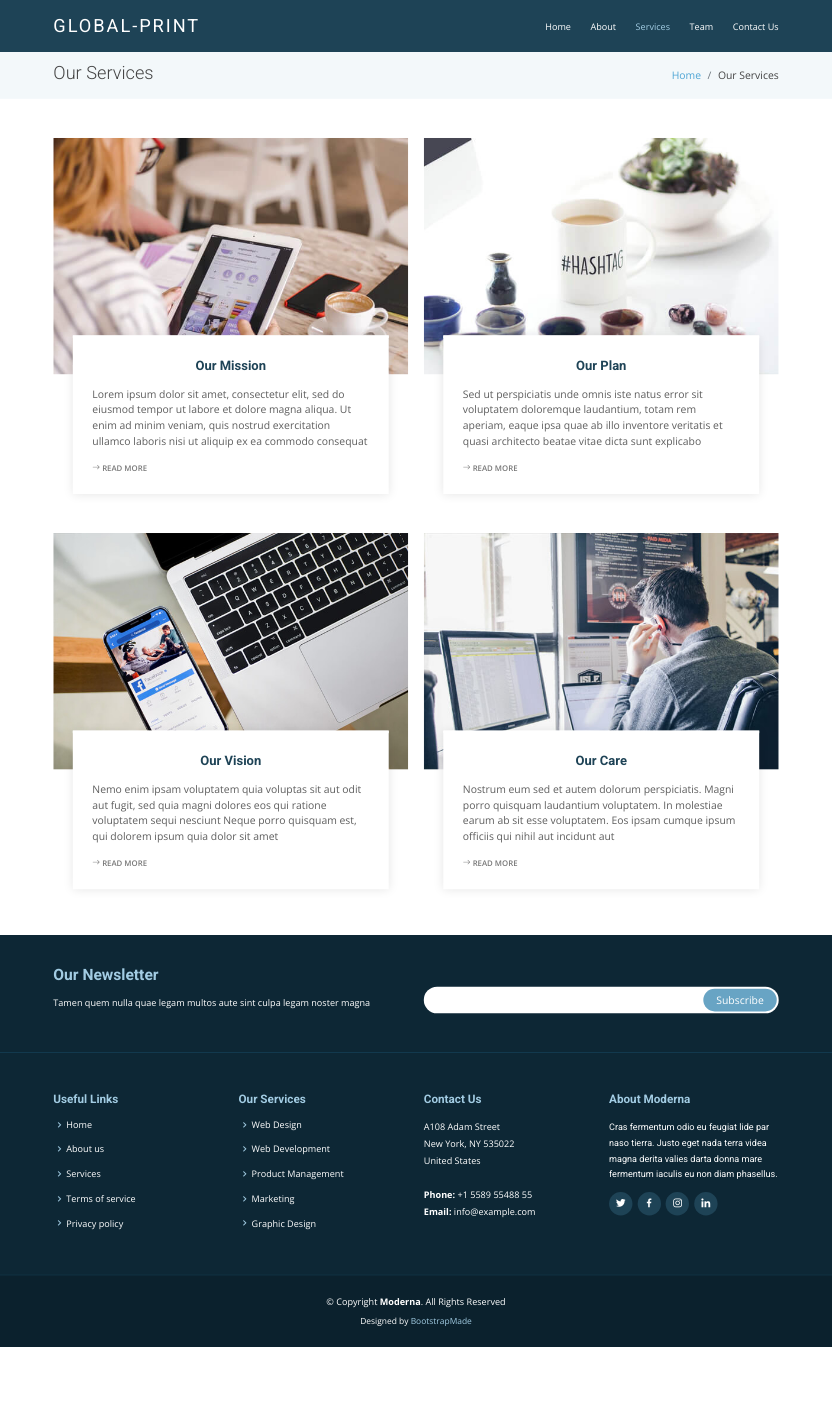
Repository: VachArt/Global-print
Page: services.html
The author's editor kept a copy of each file at every save. The page is drawn from the files as they stood at one save, then again after the next save.
The browser window is 1280 px wide. The pictures show the whole page, at 65% of full size.

Above is the page before, as saved 2022-06-09 12:49:50.

### services.html
<!DOCTYPE html>
<html lang="en">

<head>
  <meta charset="utf-8">
  <meta content="width=device-width, initial-scale=1.0" name="viewport">

  <title>GlobalPrint</title>
  <meta content="" name="description">
  <meta content="" name="keywords">


  <!-- Google Fonts -->
  <link href="https://fonts.googleapis.com/css?family=Open+Sans:300,300i,400,400i,600,600i,700,700i|Roboto:300,300i,400,400i,500,500i,700,700i&display=swap" rel="stylesheet">

  <!-- Vendor CSS Files -->
  <link href="assets/vendor/animate.css/animate.min.css" rel="stylesheet">
  <link href="assets/vendor/aos/aos.css" rel="stylesheet">
  <link href="assets/vendor/bootstrap/css/bootstrap.min.css" rel="stylesheet">
  <link href="assets/vendor/bootstrap-icons/bootstrap-icons.css" rel="stylesheet">
  <link href="assets/vendor/boxicons/css/boxicons.min.css" rel="stylesheet">
  <link href="assets/vendor/glightbox/css/glightbox.min.css" rel="stylesheet">
  <link href="assets/vendor/swiper/swiper-bundle.min.css" rel="stylesheet">

  <!-- Template Main CSS File -->
  <link href="assets/css/style.css" rel="stylesheet">

</head>

<body>

  <!-- ======= Header ======= -->
  <header id="header" class="fixed-top d-flex align-items-center ">
    <div class="container d-flex justify-content-between align-items-center">

      <div class="logo">
        <h1 class="text-light"><a href="index.html"><span>Global-Print</span></a></h1>
        <!-- Uncomment below if you prefer to use an image logo -->
        <!-- <a href="index.html"><img src="assets/img/logo.png" alt="" class="img-fluid"></a>-->
      </div>

      <nav id="navbar" class="navbar">
        <ul>
          <li><a class="" href="index.html">Home</a></li>
          <li><a href="about.html">About</a></li>
          <li><a class="active" href="services.html">Services</a></li>
          <li><a href="team.html">Team</a></li>
          <li><a href="contact.html">Contact Us</a></li>
        </ul>
        <i class="bi bi-list mobile-nav-toggle"></i>
      </nav><!-- .navbar -->

    </div>
  </header><!-- End Header -->

  <main id="main">

    <!-- ======= Our Services Section ======= -->
    <section class="breadcrumbs">
      <div class="container">

        <div class="d-flex justify-content-between align-items-center">
          <h2>Our Services</h2>
          <ol>
            <li><a href="index.html">Home</a></li>
            <li>Our Services</li>
          </ol>
        </div>

      </div>
    </section><!-- End Our Services Section -->



    <!-- ======= Service Details Section ======= -->
    <section class="service-details">
      <div class="container">

        <div class="row">
          <div class="col-md-6 d-flex align-items-stretch" data-aos="fade-up">
            <div class="card">
              <div class="card-img">
                <img src="assets/img/service-details-1.jpg" alt="...">
              </div>
              <div class="card-body">
                <h5 class="card-title"><a href="#">Our Mission</a></h5>
                <p class="card-text">Lorem ipsum dolor sit amet, consectetur elit, sed do eiusmod tempor ut labore et dolore magna aliqua. Ut enim ad minim veniam, quis nostrud exercitation ullamco laboris nisi ut aliquip ex ea commodo consequat</p>
                <div class="read-more"><a href="#"><i class="bi bi-arrow-right"></i> Read More</a></div>
              </div>
            </div>
          </div>
          <div class="col-md-6 d-flex align-items-stretch" data-aos="fade-up">
            <div class="card">
              <div class="card-img">
                <img src="assets/img/service-details-2.jpg" alt="...">
              </div>
              <div class="card-body">
                <h5 class="card-title"><a href="#">Our Plan</a></h5>
                <p class="card-text">Sed ut perspiciatis unde omnis iste natus error sit voluptatem doloremque laudantium, totam rem aperiam, eaque ipsa quae ab illo inventore veritatis et quasi architecto beatae vitae dicta sunt explicabo</p>
                <div class="read-more"><a href="#"><i class="bi bi-arrow-right"></i> Read More</a></div>
              </div>
            </div>

          </div>
          <div class="col-md-6 d-flex align-items-stretch" data-aos="fade-up">
            <div class="card">
              <div class="card-img">
                <img src="assets/img/service-details-3.jpg" alt="...">
              </div>
              <div class="card-body">
                <h5 class="card-title"><a href="#">Our Vision</a></h5>
                <p class="card-text">Nemo enim ipsam voluptatem quia voluptas sit aut odit aut fugit, sed quia magni dolores eos qui ratione voluptatem sequi nesciunt Neque porro quisquam est, qui dolorem ipsum quia dolor sit amet</p>
                <div class="read-more"><a href="#"><i class="bi bi-arrow-right"></i> Read More</a></div>
              </div>
            </div>
          </div>
          <div class="col-md-6 d-flex align-items-stretch" data-aos="fade-up">
            <div class="card">
              <div class="card-img">
                <img src="assets/img/service-details-4.jpg" alt="...">
              </div>
              <div class="card-body">
                <h5 class="card-title"><a href="#">Our Care</a></h5>
                <p class="card-text">Nostrum eum sed et autem dolorum perspiciatis. Magni porro quisquam laudantium voluptatem. In molestiae earum ab sit esse voluptatem. Eos ipsam cumque ipsum officiis qui nihil aut incidunt aut</p>
                <div class="read-more"><a href="#"><i class="bi bi-arrow-right"></i> Read More</a></div>
              </div>
            </div>
          </div>
        </div>

      </div>
    </section><!-- End Service Details Section -->


  </main><!-- End #main -->

  <!-- ======= Footer ======= -->
  <footer id="footer" data-aos="fade-up" data-aos-easing="ease-in-out" data-aos-duration="500">

    <div class="footer-newsletter">
      <div class="container">
        <div class="row">
          <div class="col-lg-6">
            <h4>Our Newsletter</h4>
            <p>Tamen quem nulla quae legam multos aute sint culpa legam noster magna</p>
          </div>
          <div class="col-lg-6">
            <form action="" method="post">
              <input type="email" name="email"><input type="submit" value="Subscribe">
            </form>
          </div>
        </div>
      </div>
    </div>

    <div class="footer-top">
      <div class="container">
        <div class="row">

          <div class="col-lg-3 col-md-6 footer-links">
            <h4>Useful Links</h4>
            <ul>
              <li><i class="bx bx-chevron-right"></i> <a href="#">Home</a></li>
              <li><i class="bx bx-chevron-right"></i> <a href="#">About us</a></li>
              <li><i class="bx bx-chevron-right"></i> <a href="#">Services</a></li>
              <li><i class="bx bx-chevron-right"></i> <a href="#">Terms of service</a></li>
              <li><i class="bx bx-chevron-right"></i> <a href="#">Privacy policy</a></li>
            </ul>
          </div>

          <div class="col-lg-3 col-md-6 footer-links">
            <h4>Our Services</h4>
            <ul>
              <li><i class="bx bx-chevron-right"></i> <a href="#">Web Design</a></li>
              <li><i class="bx bx-chevron-right"></i> <a href="#">Web Development</a></li>
              <li><i class="bx bx-chevron-right"></i> <a href="#">Product Management</a></li>
              <li><i class="bx bx-chevron-right"></i> <a href="#">Marketing</a></li>
              <li><i class="bx bx-chevron-right"></i> <a href="#">Graphic Design</a></li>
            </ul>
          </div>

          <div class="col-lg-3 col-md-6 footer-contact">
            <h4>Contact Us</h4>
            <p>
              A108 Adam Street <br>
              New York, NY 535022<br>
              United States <br><br>
              <strong>Phone:</strong> +1 5589 55488 55<br>
              <strong>Email:</strong> info@example.com<br>
            </p>

          </div>

          <div class="col-lg-3 col-md-6 footer-info">
            <h3>About Moderna</h3>
            <p>Cras fermentum odio eu feugiat lide par naso tierra. Justo eget nada terra videa magna derita valies darta donna mare fermentum iaculis eu non diam phasellus.</p>
            <div class="social-links mt-3">
              <a href="#" class="twitter"><i class="bx bxl-twitter"></i></a>
              <a href="#" class="facebook"><i class="bx bxl-facebook"></i></a>
              <a href="#" class="instagram"><i class="bx bxl-instagram"></i></a>
              <a href="#" class="linkedin"><i class="bx bxl-linkedin"></i></a>
            </div>
          </div>

        </div>
      </div>
    </div>

    <div class="container">
      <div class="copyright">
        &copy; Copyright <strong><span>Moderna</span></strong>. All Rights Reserved
      </div>
      <div class="credits">
        <!-- All the links in the footer should remain intact. -->
        <!-- You can delete the links only if you purchased the pro version. -->
        <!-- Licensing information: https://bootstrapmade.com/license/ -->
        <!-- Purchase the pro version with working PHP/AJAX contact form: https://bootstrapmade.com/free-bootstrap-template-corporate-moderna/ -->
        Designed by <a href="https://bootstrapmade.com/">BootstrapMade</a>
      </div>
    </div>
  </footer><!-- End Footer -->

  <a href="#" class="back-to-top d-flex align-items-center justify-content-center"><i class="bi bi-arrow-up-short"></i></a>

  <!-- Vendor JS Files -->
  <script src="assets/vendor/purecounter/purecounter.js"></script>
  <script src="assets/vendor/aos/aos.js"></script>
  <script src="assets/vendor/bootstrap/js/bootstrap.bundle.min.js"></script>
  <script src="assets/vendor/glightbox/js/glightbox.min.js"></script>
  <script src="assets/vendor/isotope-layout/isotope.pkgd.min.js"></script>
  <script src="assets/vendor/swiper/swiper-bundle.min.js"></script>
  <script src="assets/vendor/waypoints/noframework.waypoints.js"></script>
  <script src="assets/vendor/php-email-form/validate.js"></script>

  <!-- Template Main JS File -->
  <script src="assets/js/main.js"></script>

</body>

</html>

Loaded but not shown: assets/vendor/animate.css/animate.min.css (library); assets/vendor/aos/aos.css (library); assets/vendor/bootstrap/css/bootstrap.min.css (library); assets/vendor/bootstrap-icons/bootstrap-icons.css (library); assets/vendor/boxicons/css/boxicons.min.css (library); assets/vendor/glightbox/css/glightbox.min.css (library); assets/vendor/swiper/swiper-bundle.min.css (library); assets/vendor/purecounter/purecounter.js (library); assets/vendor/aos/aos.js (library); assets/vendor/bootstrap/js/bootstrap.bundle.min.js (library); assets/vendor/glightbox/js/glightbox.min.js (library); assets/vendor/isotope-layout/isotope.pkgd.min.js (library); assets/vendor/swiper/swiper-bundle.min.js (library); assets/vendor/waypoints/noframework.waypoints.js (library); assets/vendor/php-email-form/validate.js (common file); assets/js/main.js (225 lines, source omitted); assets/css/style.css (1988 lines, source omitted)

After the next save:
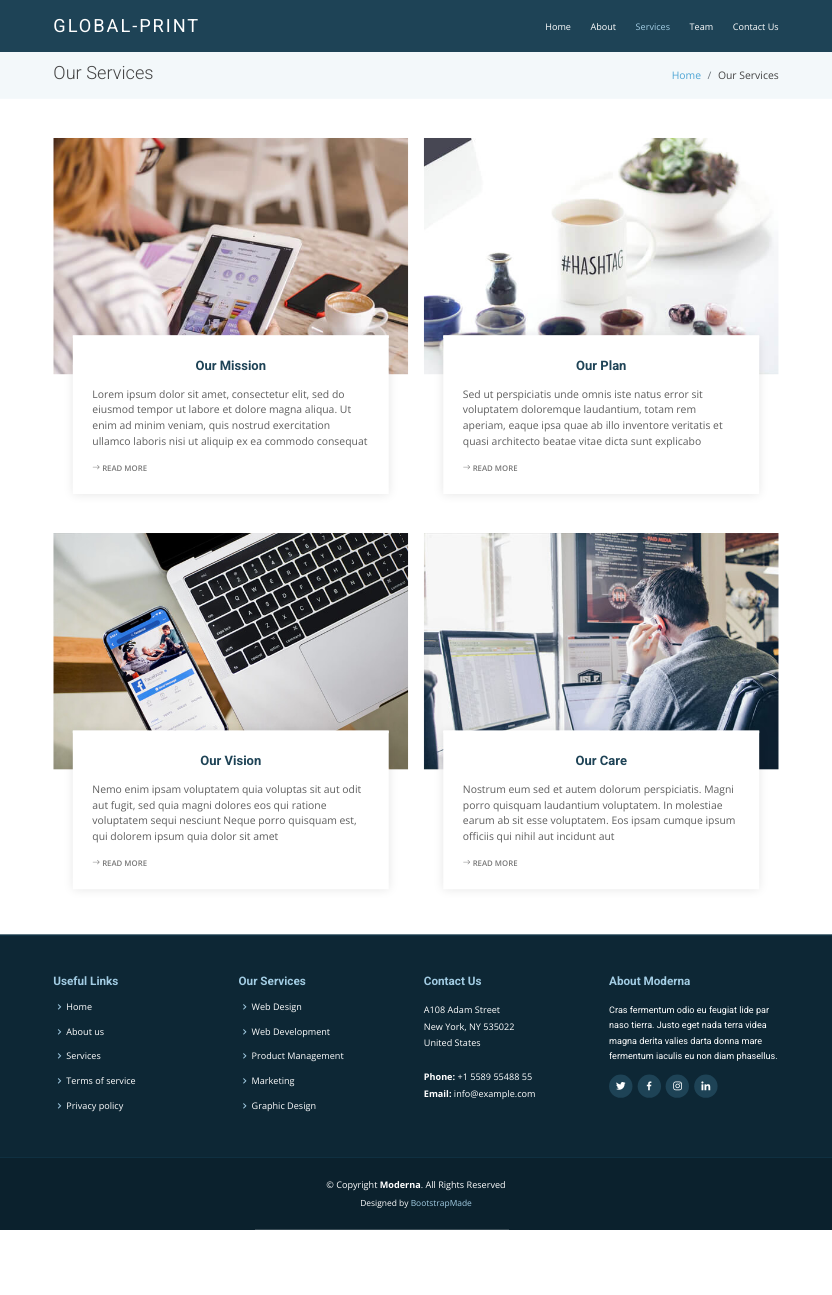
Saved 14 s later.
--- a/services.html
+++ b/services.html
@@ -137,21 +137,6 @@
   <!-- ======= Footer ======= -->
   <footer id="footer" data-aos="fade-up" data-aos-easing="ease-in-out" data-aos-duration="500">
 
-    <div class="footer-newsletter">
-      <div class="container">
-        <div class="row">
-          <div class="col-lg-6">
-            <h4>Our Newsletter</h4>
-            <p>Tamen quem nulla quae legam multos aute sint culpa legam noster magna</p>
-          </div>
-          <div class="col-lg-6">
-            <form action="" method="post">
-              <input type="email" name="email"><input type="submit" value="Subscribe">
-            </form>
-          </div>
-        </div>
-      </div>
-    </div>
 
     <div class="footer-top">
       <div class="container">
